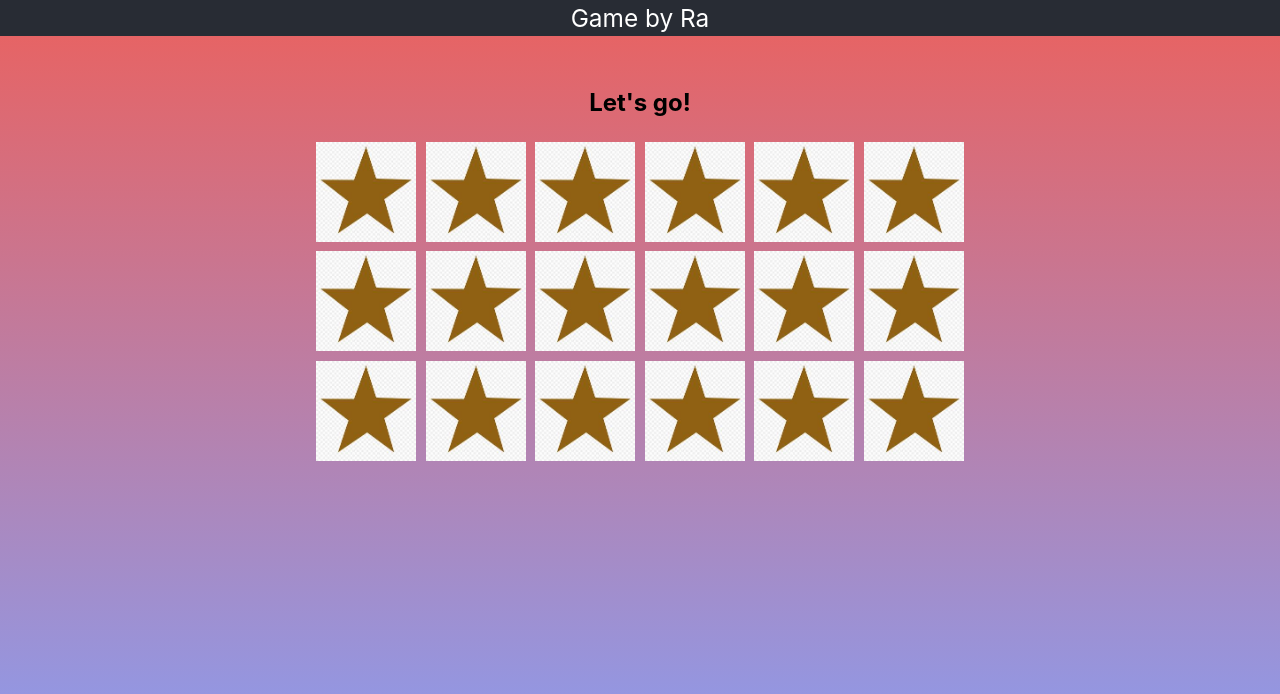
Repository: Sergioramasano/ramos-game
Page: /
These files come from the project's save history. The page is drawn as it stood at one moment and after the next save; the edit follows.
The browser window is 1280 px wide. The pictures show the whole page.
The project was rebuilt for these pictures with package versions that can differ from the ones it lists, and the page was loaded fresh each time.

Above is the page before, as saved 2021-02-11 16:56:56.

After the next save:
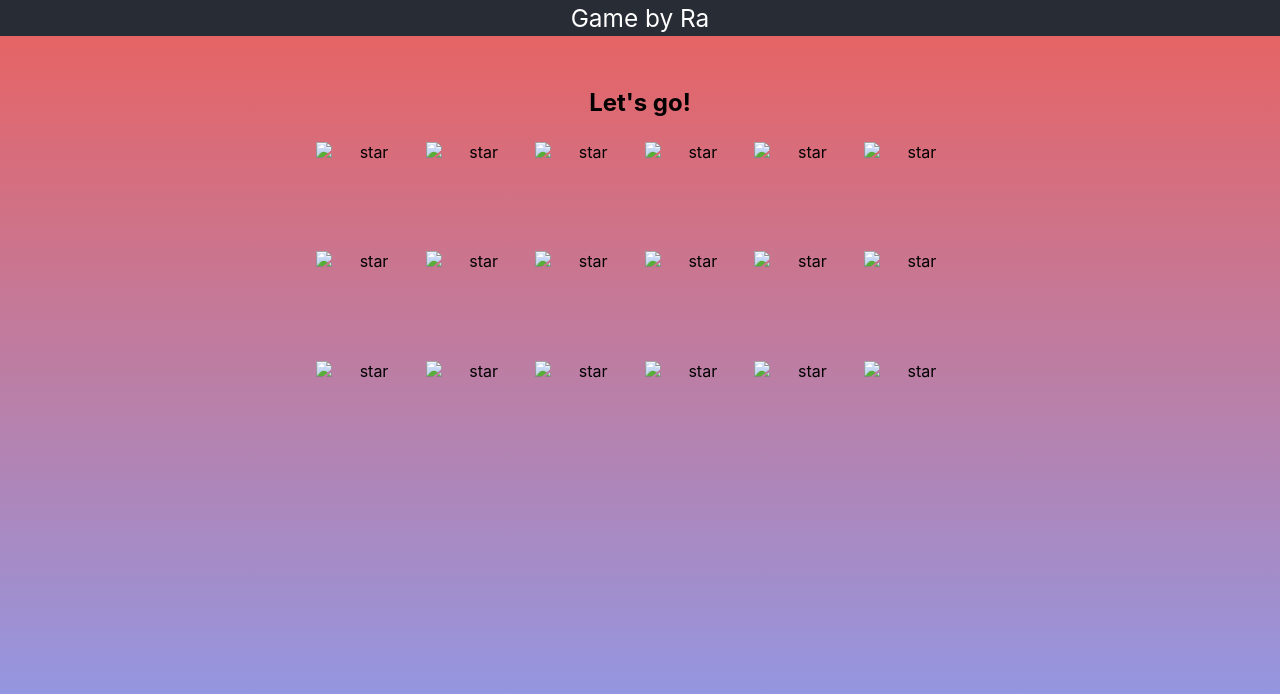
Saved 2 min 42 s later.
--- a/src/components/Cards.js
+++ b/src/components/Cards.js
@@ -5,12 +5,12 @@
       <div
         className={urls.styles.card}
         key={Math.random()}
-        onClick={() => urls.setImg(urls.url)}
+        onClick={() => urls.setImg(url.idx)}
       >
         {url.visible === true ? (
-          <img src={urls.url.name} alt="avatar"></img>
+          <img src={url.name} alt="avatar"></img>
         ) : (
-          <img src={urls.star} alt="star"></img>
+          <img src={url.star} alt="star"></img>
         )}
       </div>
     );

After the save that followed:
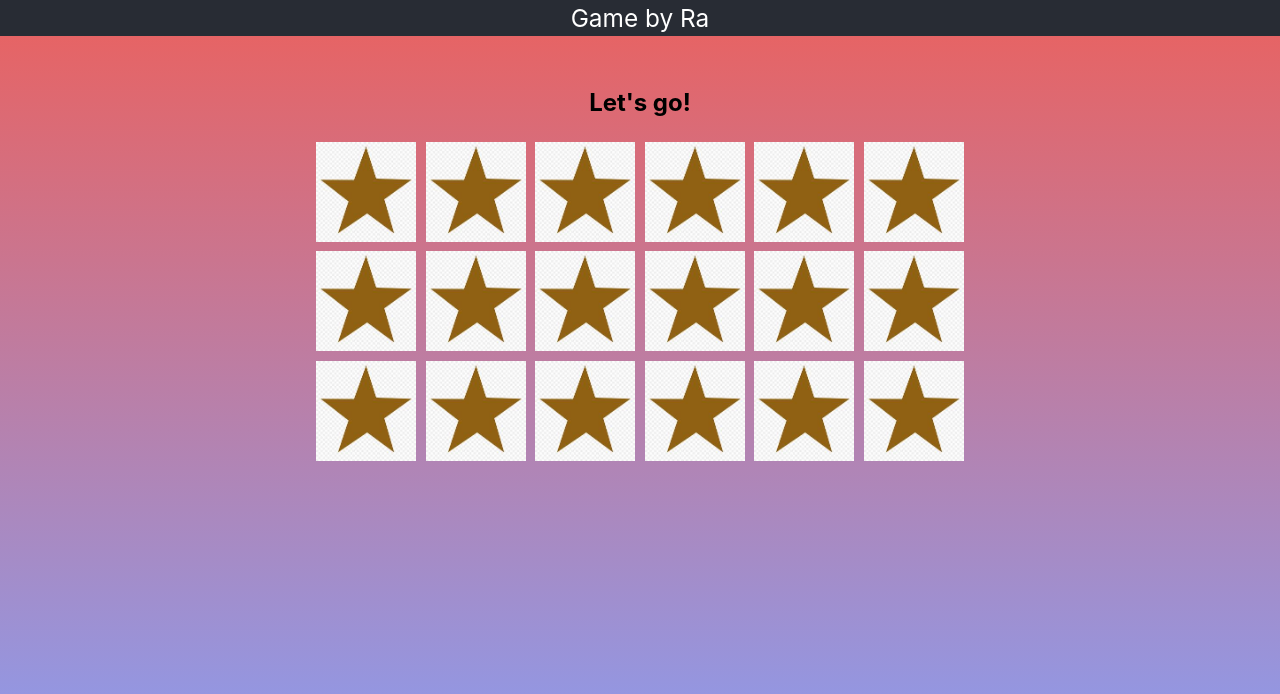
Saved 34 s later.
--- a/src/components/Cards.js
+++ b/src/components/Cards.js
@@ -10,7 +10,7 @@
         {url.visible === true ? (
           <img src={url.name} alt="avatar"></img>
         ) : (
-          <img src={url.star} alt="star"></img>
+          <img src={urls.star} alt="star"></img>
         )}
       </div>
     );
